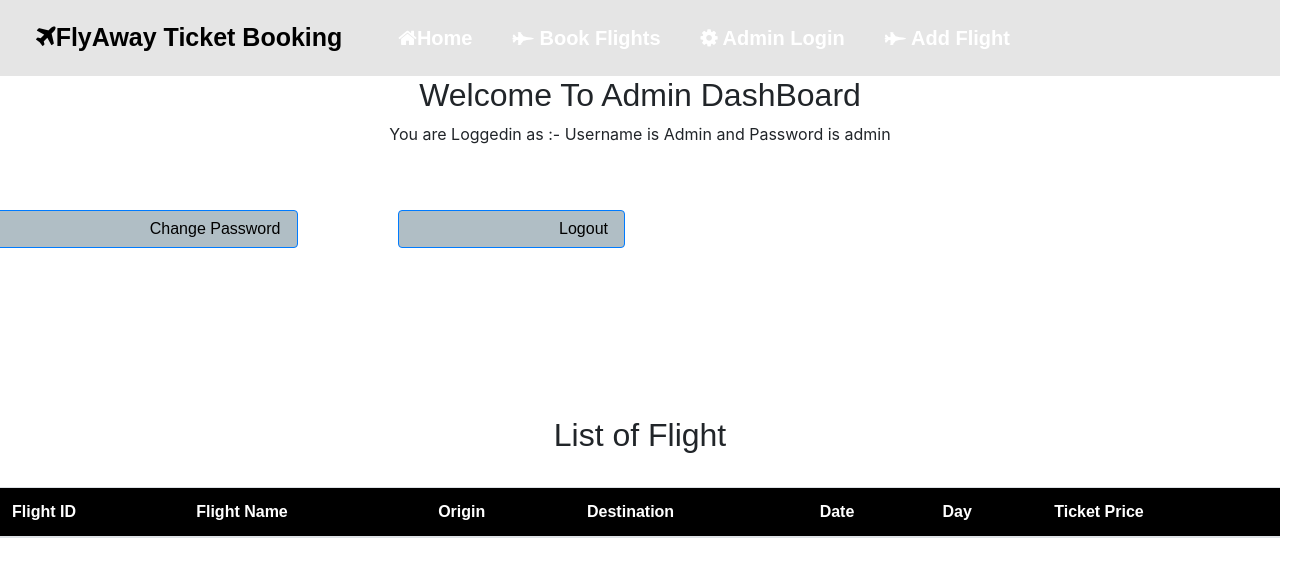
Repository: sayrabano/Phase2-project
Page: http://localhost/FlyAway/adminDashboard.jsp
The author's editor kept a copy of each file at every save. The page is drawn from the files as they stood at one save, then again after the next save.
The browser window is 1280 px wide. The page is 1295 px wide, so the pictures cover 1295 px, including what lies to the right of the window. The pictures show the whole page.
Some web fonts or font styles are not loaded; a fallback is used. The page is served by Tomcat 9. Other server files are loaded and not shown. Queries for data that is not in the repository find no rows.

Above is the page before, as saved 2021-09-24 20:12:11.

### FlyAway/src/main/webapp/adminDashboard.jsp
<%@ page language="java" contentType="text/html; charset=ISO-8859-1"
	pageEncoding="ISO-8859-1"%>
<%@page import="java.sql.*"%>
<%@page import=" com.flyaway.LogIn"%>

<%
String driverName = "com.mysql.cj.jdbc.Driver";
String Url = "jdbc:mysql://localhost:3306/flyaway";

String userId = "root";
String password = "say123";

try {
	Class.forName(driverName);
} catch (ClassNotFoundException e) {
	e.printStackTrace();
}
Connection connection = null;
Statement statement = null;
ResultSet resultSet = null;
%>

<!DOCTYPE html>
<html>
<head>
<meta charset="ISO-8859-1">
<title>FlyAway</title>
<link rel="stylesheet"
	href="https://cdnjs.cloudflare.com/ajax/libs/font-awesome/4.7.0/css/font-awesome.min.css">
<!-- Required meta tags -->
<meta charset="utf-8">
<meta name="viewport"
	content="width=device-width, initial-scale=1, shrink-to-fit=no">

<!-- Bootstrap CSS -->
<link rel="stylesheet"
	href="https://maxcdn.bootstrapcdn.com/bootstrap/4.0.0/css/bootstrap.min.css"
	integrity="sha384-Gn5384xqQ1aoWXA+058RXPxPg6fy4IWvTNh0E263XmFcJlSAwiGgFAW/dAiS6JXm"
	crossorigin="anonymous">
<link rel="stylesheet"
	href="https://cdnjs.cloudflare.com/ajax/libs/font-awesome/4.7.0/css/font-awesome.min.css">
<link
	href="https://fonts.googleapis.com/css2?family=Baloo+Bhai+2:wght@500&display=swap"
	rel="stylesheet">
<link
	href="https://fonts.googleapis.com/css2?family=Ubuntu:ital,wght@1,700&display=swap"
	rel="stylesheet">
<link rel="stylesheet" href="CSS/style7.css" />
<style>
</style>
</head>

<body>

	<nav class="navbar navbar-expand-lg navbar-light bg-custom" id="navbar">





		<a class="navbar-brand" id="tag"><i class="fa fa-plane"
			aria-hidden="true"></i>FlyAway Ticket Booking</a>


		<div class="collapse navbar-collapse" id="navbarSupportedContent">
			<ul class="navbar-nav mr-auto">
				<li class="nav-item"><a class="nav-link" href="Home.jsp"> <i
						class="fa fa-home" aria-hidden="true"></i>Home
				</a></li>

				<li class="nav-item"><a class="nav-link"
					href="option-flightsearch.jsp"><i class="fa fa-fighter-jet"></i>
						Book Flights </a></li>
				<li class="nav-item"><a href="Login.jsp" class="nav-link"><i
						class="fa fa-gear"></i> Admin Login</a></li>
						<li class="nav-item"><a href="#" class="nav-link">
						<i class="fa fa-fighter-jet"></i> Add Flight</a></li>




			</ul>



		</div>

	</nav>


	<div>
		<h2>Welcome To Admin DashBoard</h2>
		<p style="text-align:center;">You are Loggedin as :- Username is <%=LogIn.username %> and Password is <%=LogIn.password %> </p>

	<br><br>

	</div>
	<div class="row" align="center">
	<div class="col-lg-3 col-md-4 col-sm-4 mb-4">
           <form action="Changepassword.jsp" method="get">
           <button type="submit" class="btn btn-primary btn">Change Password</button>
		</form>
        </div>
        <div class="col-lg-3 col-md-4col-sm-6 mb-4">
            <form action="LogOut" method="get">
           <button type="submit" class="btn btn-primary btn">Logout</button>
		</form>
        </div>

        </div>
        </div>
         <br><br><br><br><br><br>
               <center><h2>List of Flight</h2></center><br>

				<table class="table table-bodered table striped" align="center">
					<thead class="thead">
						<tr>
							<th scope="col">Flight ID</th>
							<th scope="col">Flight Name</th>
							<th scope="col">Origin</th>
							<th scope="col">Destination</th>
							<th scope="col">Date</th>
							<th scope="col">Day</th>
							<th scope="col">Ticket Price</th>
						</tr>
					</thead>
					<tbody class="tbody">


						<%
						try {
							connection = DriverManager.getConnection(Url, userId, password);
							statement = connection.createStatement();
							String sql = "SELECT * FROM flight_list";
							resultSet = statement.executeQuery(sql);
							while (resultSet.next()) {
						%>
						<tr>
							<td><%=resultSet.getString("Id")%></td>
							<td><%=resultSet.getString("Flight")%></td>
							<td><%=resultSet.getString("Origin")%></td>
							<td><%=resultSet.getString("Destination")%></td>
							<td><%=resultSet.getString("Day")%></td>
							<td><%=resultSet.getString("Date")%></td>
							<td><%=resultSet.getString("Ticket_Price")%></td>
						</tr>
						<%
						}
						} catch (Exception e) {
						e.printStackTrace();
						}

						%>
					</tbody>
				</table>

</body>
</html>

### FlyAway/src/main/webapp/CSS/style7.css
@charset "ISO-8859-1";
@charset "ISO-8859-1";

#navbar{
background-color:rgba(0,0,0,.1) ;
font-family:'Ubuntu', sans-serif;

}


#navbar ul li a{
	color:white;

	font-size:20px;
	font-weight:bold;
	padding:15px 20px;

}
#navbar ul li a:hover{
	color:black;
	background-color:white;
	border-radius:18px;


}


#tag{
	font-size:25px;
 color:black;
 font-weight:bold;


	float:right;
	padding: 10px 20px;

}
#gear{
	margin:2px;
	padding:10px;



}
#gear a:hover{



	background-color:white;


}
h2{
	text-align:center;
	font-family:'Ubuntu', sans-serif;
}
.btn{
	color:black;
	padding-left:10rem;
	padding-right:1rem;
	margin-top: 15;

   background-color:#b0bec5;
	font-family:'Ubuntu', sans-serif;
	float:right;
    display:flex;


}
.thead{
	background-color:#000000;
	font-family:'Ubuntu', sans-serif;
	color:white;
}
.tbody{
	background-color:#b0bec5;
	font-family:'Ubuntu', sans-serif;
}

After the next save:
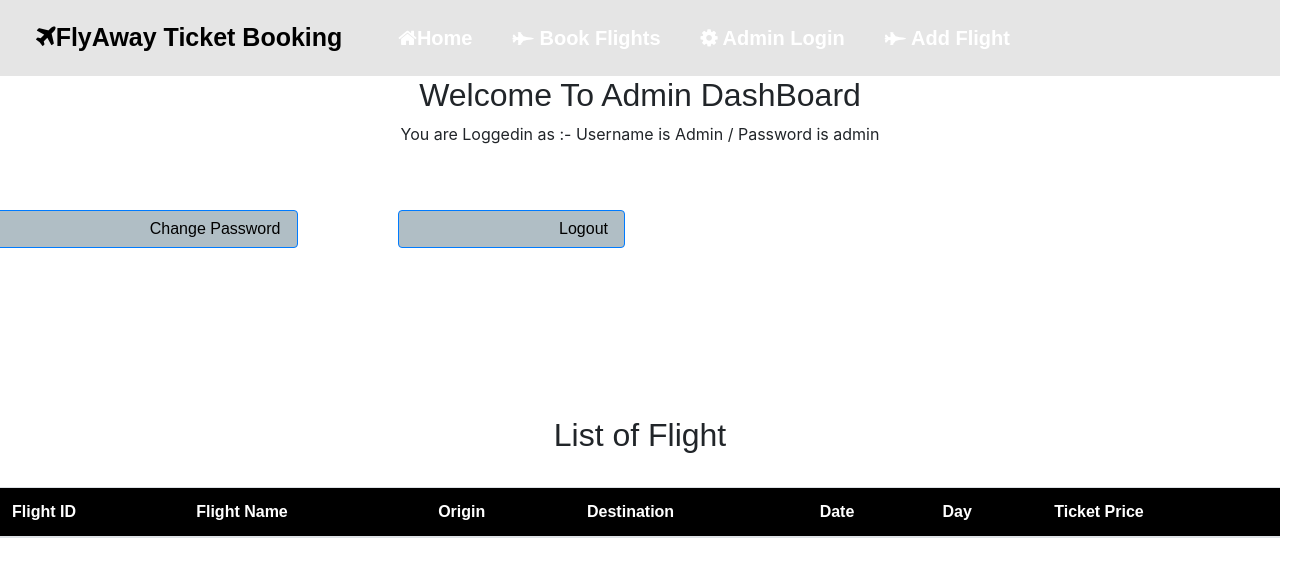
Saved 31 s later.
--- a/FlyAway/src/main/webapp/adminDashboard.jsp
+++ b/FlyAway/src/main/webapp/adminDashboard.jsp
@@ -90,7 +90,7 @@
 
 	<div>
 		<h2>Welcome To Admin DashBoard</h2>
-		<p style="text-align:center;">You are Loggedin as :- Username is <%=LogIn.username %> and Password is <%=LogIn.password %> </p>
+		<p style="text-align:center;">You are Loggedin as :- Username is <%=LogIn.username %> / Password is <%=LogIn.password %> </p>
 
 	<br><br>
 

After the save that followed:
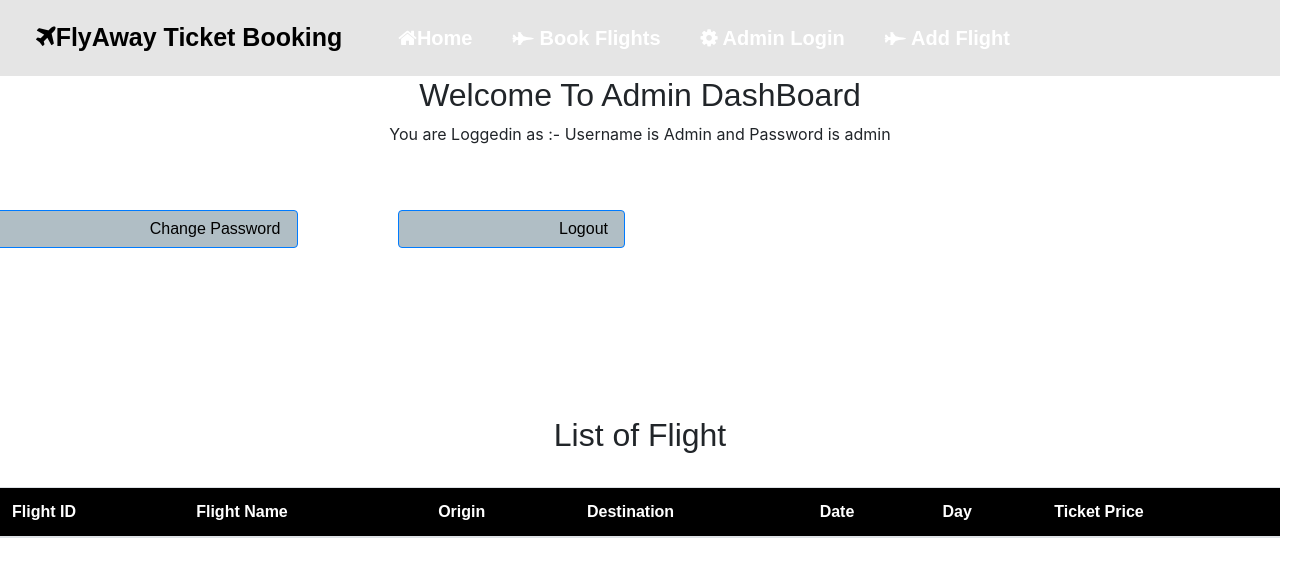
Saved 14 s later.
--- a/FlyAway/src/main/webapp/adminDashboard.jsp
+++ b/FlyAway/src/main/webapp/adminDashboard.jsp
@@ -90,7 +90,7 @@
 
 	<div>
 		<h2>Welcome To Admin DashBoard</h2>
-		<p style="text-align:center;">You are Loggedin as :- Username is <%=LogIn.username %> / Password is <%=LogIn.password %> </p>
+		<p style="text-align:center;">You are Loggedin as :- Username is <%=LogIn.username %>  and Password is <%=LogIn.password %> </p>
 
 	<br><br>
 
